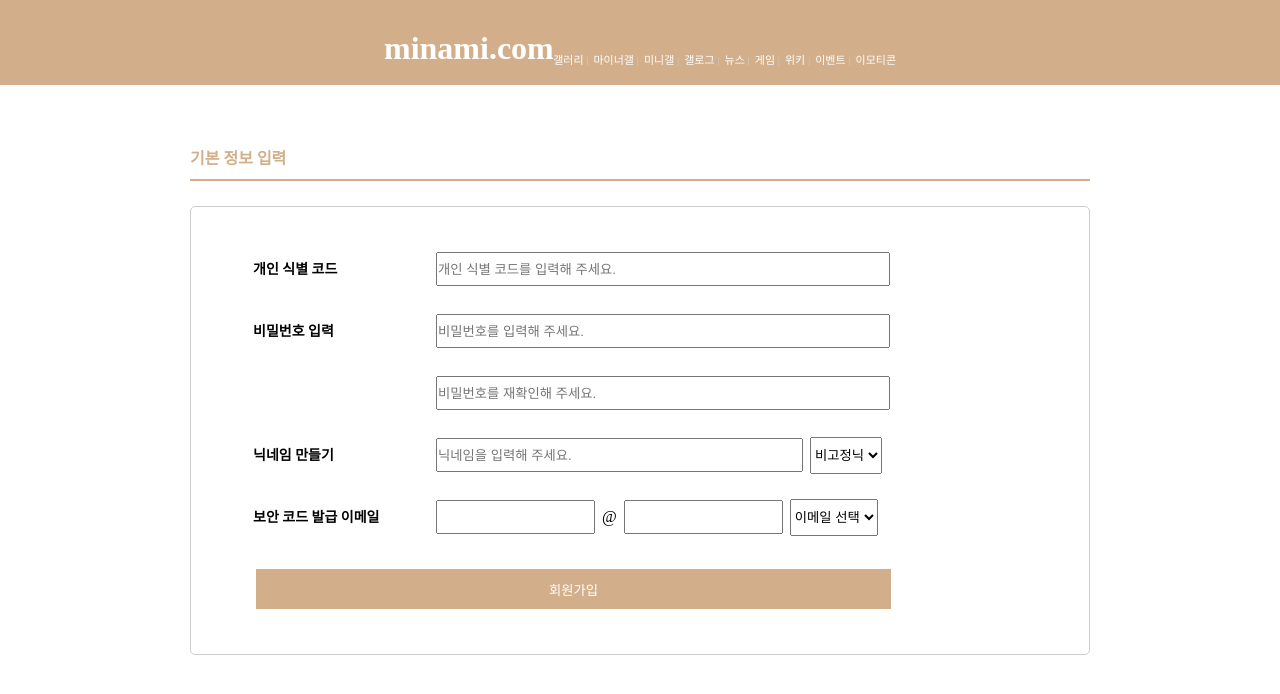
Repository: Minami0717/JSP_Study
Page: http://localhost/JSP_Gall/jsp/joinForm.jsp
An editor plug-in stored every save of this project. The page is shown before and after the next save, followed by the edit.
The browser window is 1280 px wide. The pictures show the whole page.
The page is served by Tomcat 9. Other server files are loaded and not shown.

Above is the page before, as saved 2023-02-15 07:09:19.

### JSP_Gall/src/main/webapp/jsp/joinForm.jsp
<%@ page language="java" contentType="text/html; charset=UTF-8"
    pageEncoding="UTF-8"%>
<!DOCTYPE html>
<html>
<head>
<meta charset="UTF-8">
<title>Insert title here</title>
<style>
	* {margin: 0; padding: 0;}
	a {text-decoration: none;}
	li,ul,h1 {display: inline-block;}

	header {background: #d2af8a; position: relative; height: 85px;}
	header a {color: white;}
	header li {font-size: 11px; color: #ccc; margin-left: 5px;}
	header li a:hover {text-decoration: underline;}
	header ul {position: absolute; right: 30%; top: 50px;}
	header h1 {position: absolute; left: 30%; top: 30px;}

	section {width: 900px; margin: 0 auto;}
	section div:first-child {border-bottom: 2px solid #d2af8a; padding: 10px 0; margin-top: 50px;}
	section div:first-child h4 {color: #d2af8a}
	section div:nth-child(2) {border: 1px #cecdce solid; border-radius: 5px; margin: 25px 0; padding: 30px 50px;}

	table label {font-weight: bold; font-size: 14px; display: inline-block; width: 180px;}
	td {padding: 10px;}

	input {margin: 3px;}
	.input {width: 450px; height: 30px;}
	#join {width: 635px; height: 40px; border: none; background: #d2af8a; color: white; cursor: pointer; margin-top: 10px;}
	.button {width: 110px; height: 30px;}

	input[name=nick] {width: 363px;}
	input[name=pwCheck] {margin-left: 183px;}
	input[name=email1],input[name=email2] {width: 155px;}
	select {height: 37px;}
</style>
</head>
<body>
	<header>
		<h1><a href=main.jsp>minami.com</a></h1>
		<ul>
			<li><a href=>갤러리</a> |
			<li><a href=>마이너갤</a> |
			<li><a href=>미니갤</a> |
			<li><a href=>갤로그</a> |
			<li><a href=>뉴스</a> |
			<li><a href=>게임</a> |
			<li><a href=>위키</a> |
			<li><a href=>이벤트</a> |
			<li><a href=>이모티콘</a>
		</ul>
	</header>
	<section>
		<div>
			<h4 align=left>기본 정보 입력</h4>
		</div>
		<div>
			<form action="join.jsp" method=post>
				<table>
					<tr>
						<td><label>개인 식별 코드</label><input type=text placeholder="개인 식별 코드를 입력해 주세요." class=input name=code></td>
					</tr>
					<tr>
						<td><label>비밀번호 입력</label><input type=password placeholder="비밀번호를 입력해 주세요." class=input name=pw></td>
					</tr>
					<tr>
						<td><input type=password placeholder="비밀번호를 재확인해 주세요." class=input name=pwCheck></td>
					</tr>
					<tr>
						<td>
							<label>닉네임 만들기</label><input type=text placeholder="닉네임을 입력해 주세요." class=input name=nick>
							<select name=fixed>
								<option value=false>비고정닉
								<option value=true>고정닉
							</select>
						</td>
					</tr>
					<tr>
						<td>
							<label>보안 코드 발급 이메일</label><input type="text" class=input name=email1> @
							<input type="text" class=input name=email2>
							<select>
								<option>이메일 선택
								<option>naver.com
								<option>직접 입력
							</select>
						</td>
					</tr>
					<tr>
						<td><input type=submit value=회원가입 id=join></td>
					</tr>
				</table>
			</form>
		</div>
	</section>
</body>
</html>

After the next save:
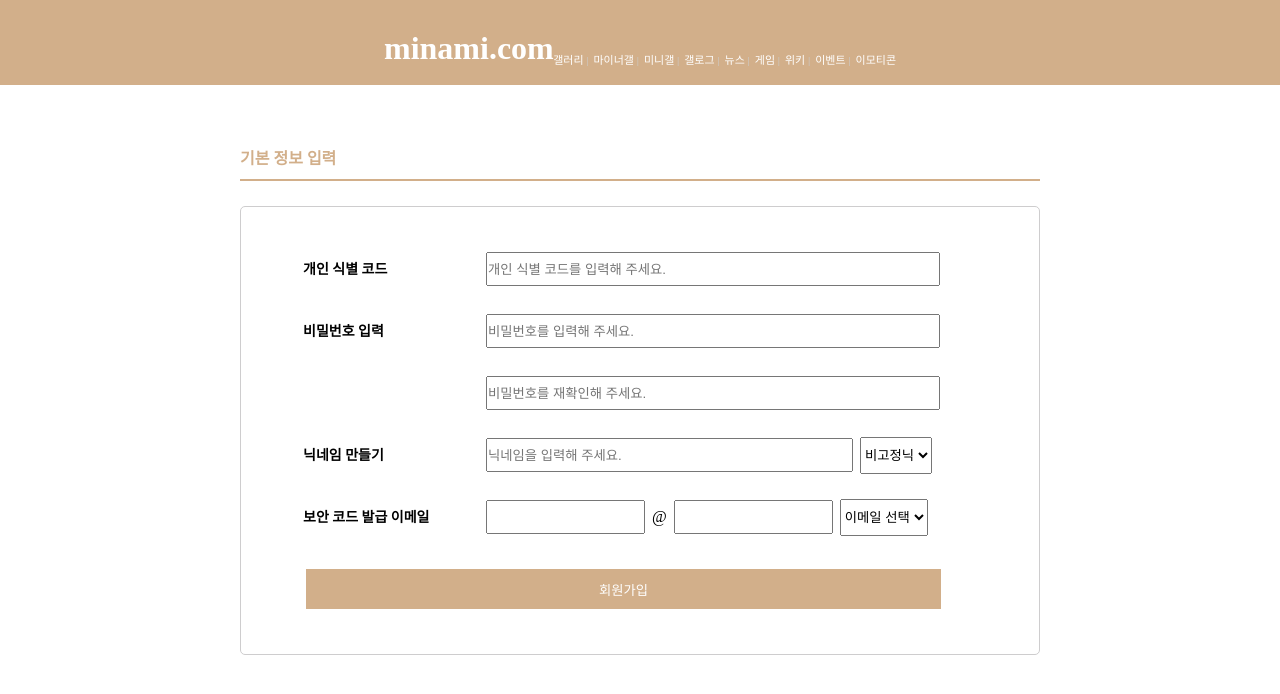
Saved 7 s later.
--- a/JSP_Gall/src/main/webapp/jsp/joinForm.jsp
+++ b/JSP_Gall/src/main/webapp/jsp/joinForm.jsp
@@ -17,7 +17,7 @@
 	header ul {position: absolute; right: 30%; top: 50px;}
 	header h1 {position: absolute; left: 30%; top: 30px;}
 
-	section {width: 900px; margin: 0 auto;}
+	section {width: 800px; margin: 0 auto;}
 	section div:first-child {border-bottom: 2px solid #d2af8a; padding: 10px 0; margin-top: 50px;}
 	section div:first-child h4 {color: #d2af8a}
 	section div:nth-child(2) {border: 1px #cecdce solid; border-radius: 5px; margin: 25px 0; padding: 30px 50px;}
